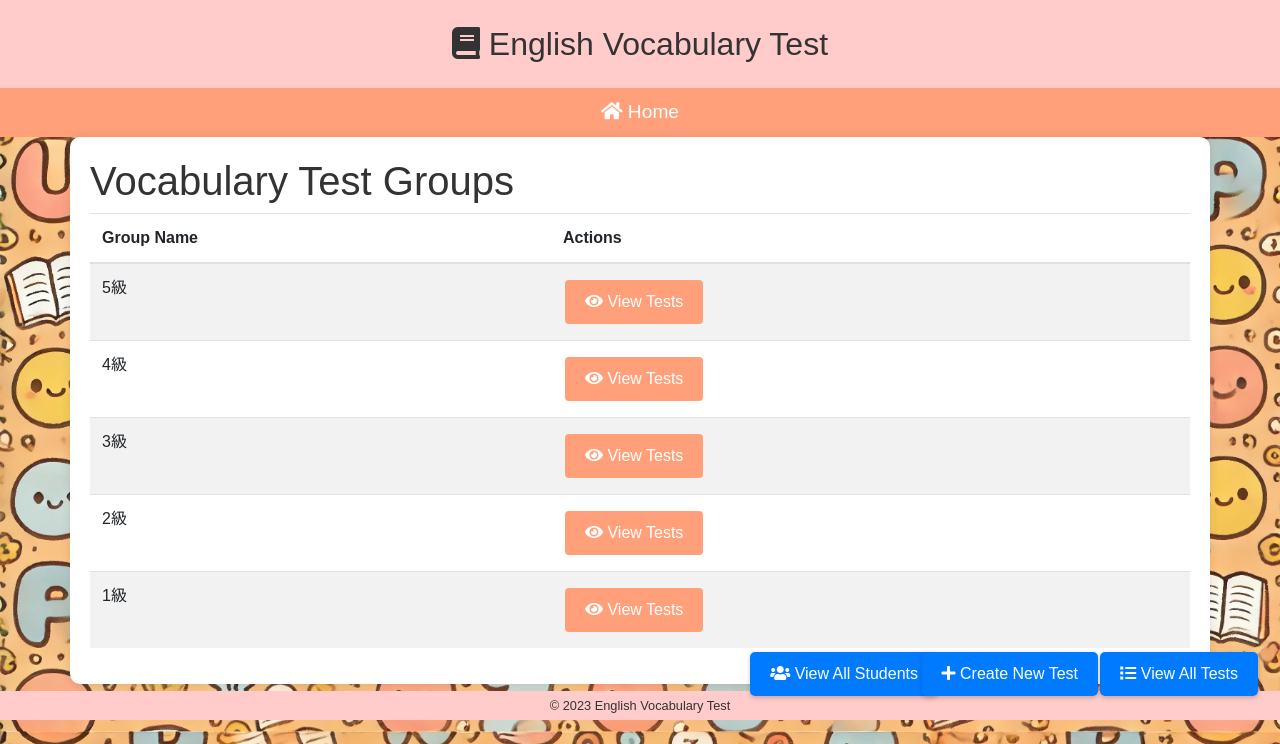
Repository: YamatoGH/testapp
Page: http://localhost/
The author's editor kept a copy of each file at every save. The page is drawn from the files as they stood at one save, then again after the next save.
The browser window is 1280 px wide. The pictures show the whole page.
Backgrounds fixed to the window are drawn as part of the page. The page is served by the project's application, run on Django 5.2 (manage.py). The page reads the database file committed with the project.

Above is the page before, as saved 2024-07-21 10:49:46.

After the next save:
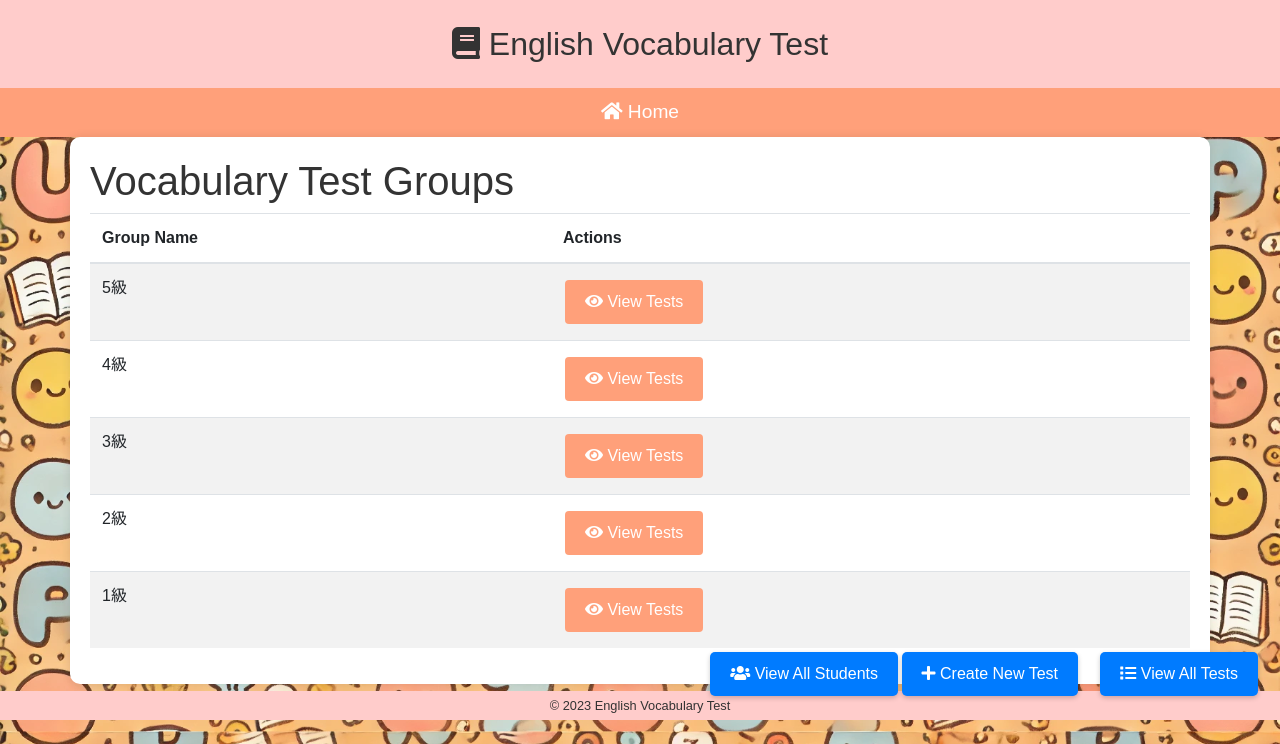
Saved 26 s later.
--- a/testapp/static/testapp/css/style.css
+++ b/testapp/static/testapp/css/style.css
@@ -119,9 +119,9 @@ footer {
 }
 
 .create-test-button {
-    right: 180px; /* Adjust position */
+    right: 200px; /* Adjust position */
 }
 
 .view-all-students-button {
-    right: 340px; /* Adjust position */
+    right: 380px; /* Adjust position */
 }
